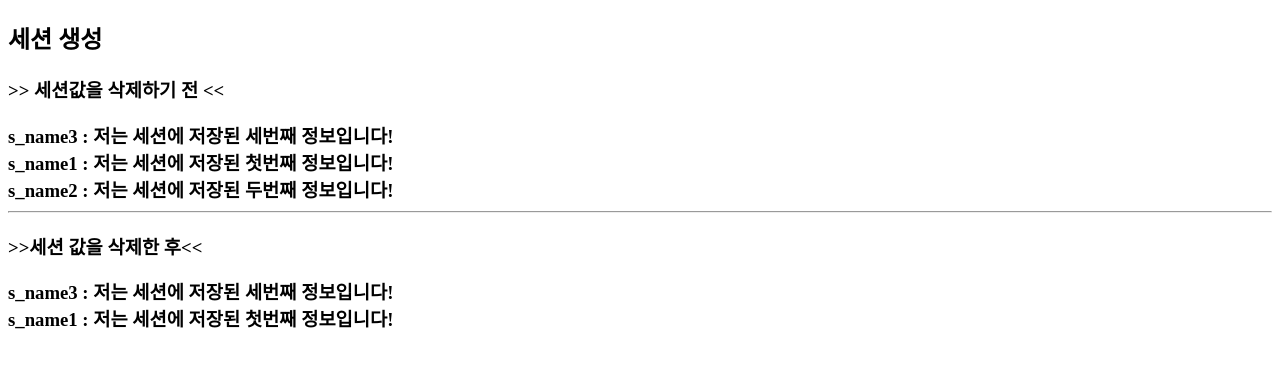
Repository: uhhuhhmm/JSP-Servlet-Class
Page: http://localhost/web02/removeAttribute.jsp
The author's editor kept a copy of each file at every save. The page is drawn from the files as they stood at one save, then again after the next save.
The browser window is 1280 px wide. The pictures show the whole page.
The page is served by Tomcat 9. Other server files are loaded and not shown.

Above is the page before, as saved 2022-07-14 02:03:31.

### web02/WebContent/removeAttribute.jsp
<%@ page import="java.util.Enumeration" %>
<%@ page language="java" contentType="text/html; charset=UTF-8"
    pageEncoding="UTF-8"%>
<!DOCTYPE html>
<html>
<head>
<meta charset="UTF-8">
<title>Insert title here</title>
</head>
<body>
<%
   out.println("<h2>세션 생성<h2>");
   session.setAttribute("s_name1","저는 세션에 저장된 첫번째 정보입니다!");
   session.setAttribute("s_name2","저는 세션에 저장된 두번째 정보입니다!");
   session.setAttribute("s_name3","저는 세션에 저장된 세번째 정보입니다!");
   out.println("<h3> >> 세션값을 삭제하기 전  << <h3>");

   Enumeration names;
   names = session.getAttributeNames();
   while(names.hasMoreElements()){
      String name = names.nextElement().toString();
      String value = session.getAttribute(name).toString();
      out.println(name + " : " + value +"<br>");
   }

   // 이름을 지정하여 세션에 저장된 객체를 제거합니다.
   session.removeAttribute("s_name2");
   out.println("<hr><h3>>>세션 값을 삭제한 후<<<h3>");
   names = session.getAttributeNames();
   while(names.hasMoreElements()){
      String name = names.nextElement().toString();
      String value = session.getAttribute(name).toString();
      out.println(name + " : " + value +"<br>");
   }
%>
</body>
</html>

After the next save:
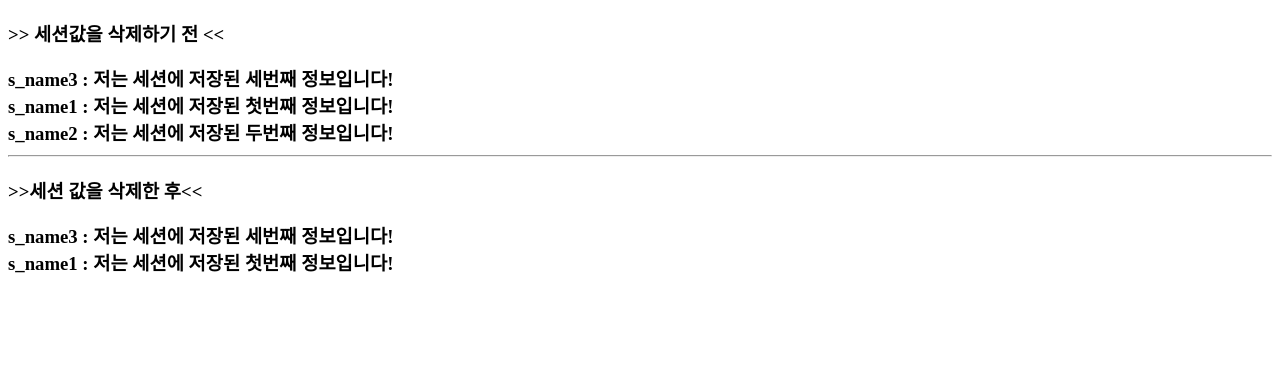
Saved 14 s later.
--- a/web02/WebContent/removeAttribute.jsp
+++ b/web02/WebContent/removeAttribute.jsp
@@ -9,7 +9,6 @@
 </head>
 <body>
 <%
-   out.println("<h2>세션 생성<h2>");
    session.setAttribute("s_name1","저는 세션에 저장된 첫번째 정보입니다!");
    session.setAttribute("s_name2","저는 세션에 저장된 두번째 정보입니다!");
    session.setAttribute("s_name3","저는 세션에 저장된 세번째 정보입니다!");
